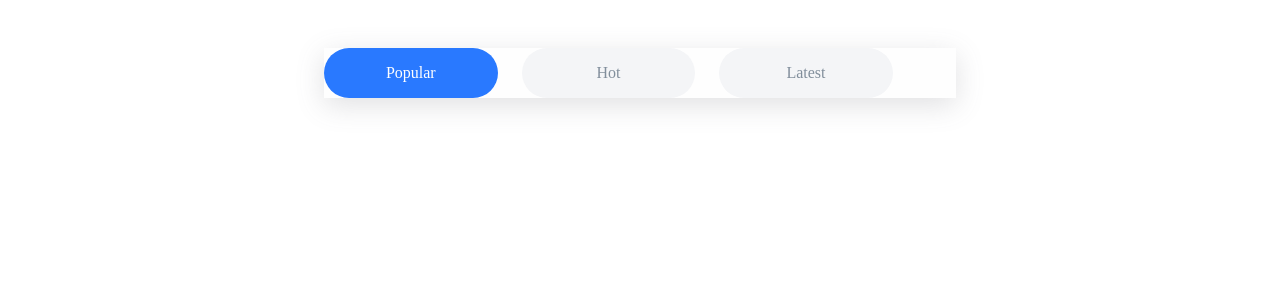
Repository: tungts3qb/Javascript
Page: tab.html
An editor plug-in stored every save of this project. The page is shown before and after the next save, followed by the edit.
The browser window is 1280 px wide. The pictures show the whole page.
After loading, the first visible `div.tab-item` was clicked once.

Above is the page before, as saved 2022-12-25 01:28:57.

After the next save:
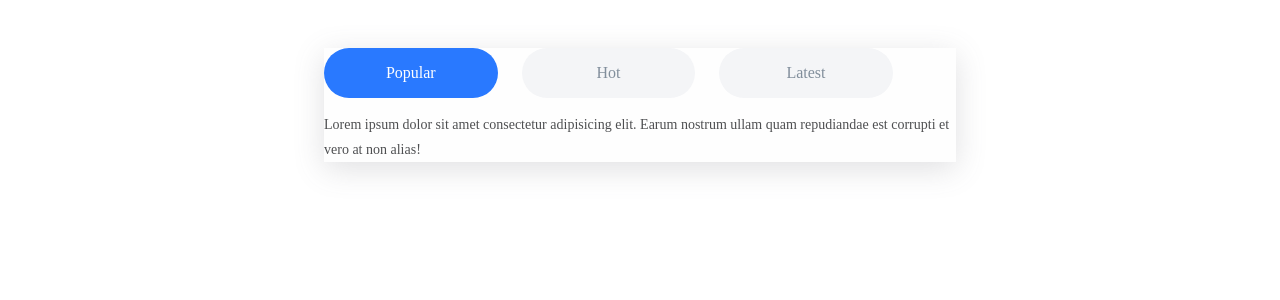
Saved 47 s later.
--- a/tab.js
+++ b/tab.js
@@ -6,4 +6,5 @@ function handleTabClick(event) {
   event.target.classList.add("active");
   const tabNumber = event.target.dataset.tab;
   [...tabContents].forEach((item) => item.classList.remove("active"));
+  [...tabContents][tabNumber].classList.add("active");
 }

After the save that followed:
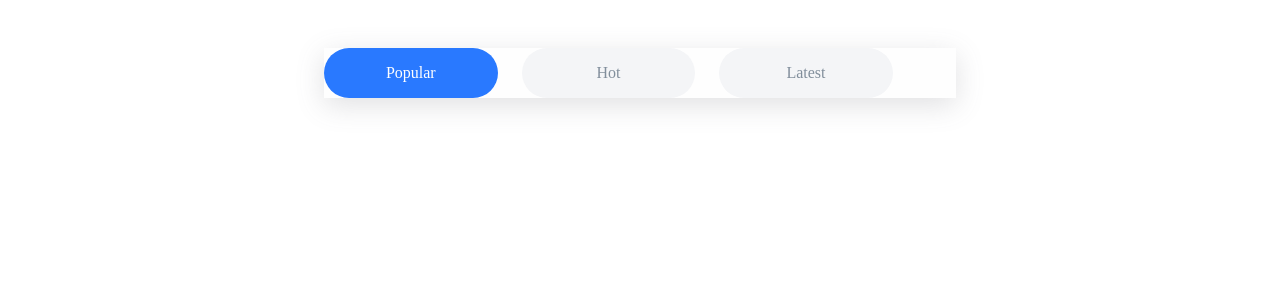
Saved 115 s later.
--- a/tab.js
+++ b/tab.js
@@ -6,5 +6,5 @@ function handleTabClick(event) {
   event.target.classList.add("active");
   const tabNumber = event.target.dataset.tab;
   [...tabContents].forEach((item) => item.classList.remove("active"));
-  [...tabContents][tabNumber].classList.add("active");
+  //   [...tabContents][tabNumber].classList.add("active");
 }
